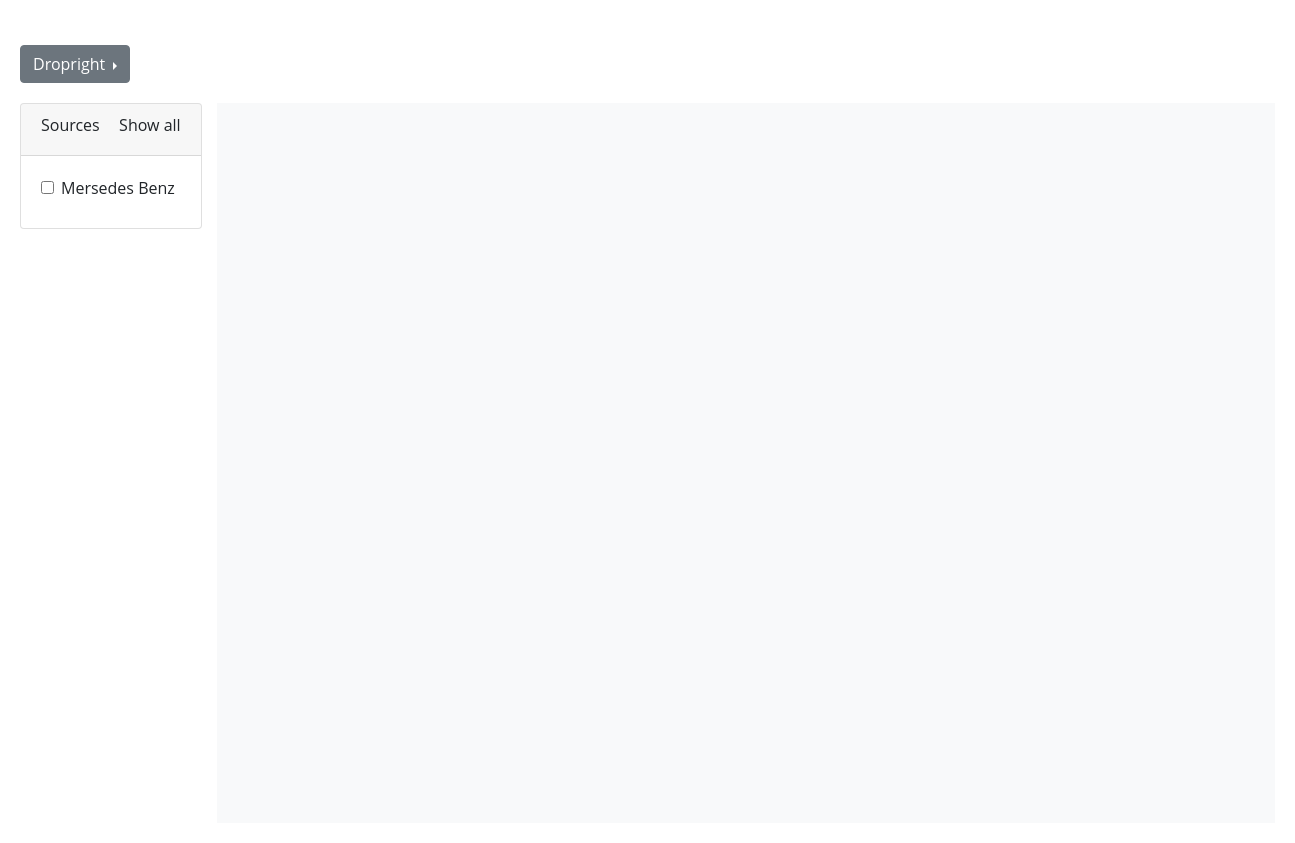
Repository: tts2610/GoogleNews
Page: index.html
An editor plug-in stored every save of this project. The page is shown before and after the next save, followed by the edit.
The browser window is 1280 px wide. The page is 1295 px wide, so the pictures cover 1295 px, including what lies to the right of the window. The pictures show the whole page.
The page's requests for data from a server got no answer. Some web libraries are served in a nearby version.

Above is the page before, as saved 2020-05-21 08:50:38.

### index.html
<!DOCTYPE html>
<html lang="en">

<head>
    <meta charset="UTF-8">
    <meta name="viewport" content="width=device-width, initial-scale=1.0">
    <title>Document</title>
    <link rel="stylesheet" href="https://maxcdn.bootstrapcdn.com/bootstrap/4.4.1/css/bootstrap.min.css">

    <!-- jQuery library -->
    <script src="https://ajax.googleapis.com/ajax/libs/jquery/3.5.1/jquery.min.js"></script>

    <!-- Popper JS -->
    <script src="https://cdnjs.cloudflare.com/ajax/libs/popper.js/1.16.0/umd/popper.min.js"></script>

    <!-- Latest compiled JavaScript -->
    <script src="https://maxcdn.bootstrapcdn.com/bootstrap/4.4.1/js/bootstrap.min.js"></script>
    <link rel="stylesheet" href="css/style.css">

    <link href="https://unpkg.com/aos@2.3.1/dist/aos.css" rel="stylesheet">

    <link rel="stylesheet" href="https://cdnjs.cloudflare.com/ajax/libs/animate.css/4.0.0/animate.min.css" />
    <script src="js/moment.js"></script>
</head>

<body>
    <div class="myContainer">
        <div class="btn-group dropright" style="margin-left: -480px; margin-top: 45px;">
            <button type="button" class="btn btn-secondary dropdown-toggle" data-toggle="dropdown" aria-haspopup="true" aria-expanded="false">
              Dropright
            </button>
            <div class="dropdown-menu">
                <!-- Dropdown menu links -->
            </div>
        </div>
        <div class="row">
            <div class="col-2 sidenav">
                <div class="card">
                    <article class="card-group-item">
                        <header class="card-header">
                            <h6 class="title">Sources<span style="float: right; cursor: pointer;" onclick="showAll(1)">Show all</span></h6>
                        </header>
                        <div class="filter-content">
                            <div class="card-body">
                                <form id="sideNav">
                                    <label class="form-check">
                                        <input class="form-check-input" type="checkbox" value="">
                                        <span class="form-check-label">
                                            Mersedes Benz
                                        </span>
                                    </label>
                                </form>

                            </div>
                            <!-- card-body.// -->
                        </div>
                    </article>
                    <!-- card-group-item.// -->

                    <!-- card-group-item.// -->
                </div>

            </div>
            <div class="col-10 content" id="myContent">

            </div>
        </div>



    </div>

    <script src="js/script.js"></script>
    <script src="https://unpkg.com/aos@2.3.1/dist/aos.js"></script>
    <script>
        AOS.init();
    </script>
</body>

</html>

### css/style.css
body {
    margin: 0;
    font-family: 'Open Sans', sans-serif;
}

.myContainer {
    /* display: flex;
    justify-content: start; */
}

.sidenav {
    min-height: 100vh;
    width: 250px;
    float: left;
    position: relative;
}

#sideNav {
    overflow-y: scroll;
}

.content {
    height: 100vh;
    width: calc(100% - 200px);
    float: right;
    position: relative;
    background-color: #f8f9fa;
    overflow-y: scroll;
}

.blog-entry-left {
    text-align: left;
    padding: 10px;
    width: 70%;
}

.blog-entry {
    padding: 10px;
}

.row {
    padding: 20px;
}

#container-row {
    display: flex;
    justify-content: flex-end;
}

button {
    margin-left: 500px;
}

### js/script.js
let newsList = [];
const apiKey = "2dc86bcdc7184b17b45b74b30858f75a"
let page = 1;
let pageSize = 6;
let sourceList = [];
let sourcePage = 0;
let categoryList = ['business', 'entertainment', 'general', 'health', 'science', 'sports', 'technology']
let q = "corona";

const loadNews = async(page, category) => {
    let sources = [];
    $("input:checkbox:checked").each(function() {
        sources.push($(this).val());
    });
    let url;
    if (category && categoryList.includes(category)) {
        url = `https://newsapi.org/v2/top-headlines?q=${q}&apiKey=${apiKey}&page=${page}&pageSize=${pageSize}&category=${category}`;
        $("#myContent").empty();
    } else {
        if (sources.length == 0) {
            $("#currentNews").remove();
            url = `https://newsapi.org/v2/top-headlines?q=${q}&apiKey=${apiKey}&page=${page}&pageSize=${pageSize}`;
        } else {
            $("#myContent").empty();
            let sourceStr = sources.join(",");
            url = `https://newsapi.org/v2/top-headlines?q=${q}&page=${page}&pageSize=${pageSize}&sources=${sourceStr}&apiKey=${apiKey}`
        }
    }

    let data = await fetch(url);
    let result = await data.json();
    $("#myContent").append(render(result));
    if (sources.length == 0) {
        $('#myContent').append(`<button onclick="loadMoreFunction()" id="loadMoreBtn" type="button" class="btn btn-success my-4">Load more</button>`);

    }
    // $('#myContent').append(`<button onclick="loadNews(${++sourcePage},null)" id="loadMoreBtn" type="button" class="btn btn-success my-4">Load more</button>`);
    $('#myContent').append(`<div id="currentNews" style="text-align:right;">Shown : ${$("#myContent .row").length} news</div>`);
}

function showAll() {
    $("input:checkbox:checked").each(function() {
        $(this).prop("checked", false);
    });
    loadNews(1, null);
}

$(document).ready(function() {
    renderDropDown();
    loadNews(page, null);

});


function loadMoreFunction() {
    page++;
    $("#loadMoreBtn").remove();
    $("#currentNews").remove();
    loadNews(page, null);
}

function reloadFilter() {
    $("#sideNav").empty();
    sourceList.forEach(element => {
        let html = `<label class="form-check">
        <input onchange="loadNews(${page},null)" class="form-check-input" type="checkbox" id="${element.id}" value="${element.id}">
        <span class="form-check-label">
            ${element.category}(${element.count})
        </span>`;
        $("#sideNav").append(html);
    });
}

function renderDropDown() {
    categoryList.forEach(element => {
        let html = `<a class="dropdown-item" href="#" onclick="return loadNews(1,'${element}');">${element}</a>`
        $('.dropdown-menu').append(html);
    });
}

function addToDictionary(x) {
    let flag;
    for (let i = 0; i < sourceList.length; i++) {
        if (sourceList[i].id == x.id) {
            sourceList[i].count++;
            flag = true;
        }
    }
    if (!flag)
        sourceList.push({ id: x.id, category: x.name, count: 1 })
}

function render(result) {
    let innerHtml = result.articles.map(x => {
        addToDictionary(x.source);
        return `<div class="row">
        <div class="news-img"><img class="rounded" src="${x.urlToImage}" width="200" height="200"></div>
        <div class="blog-entry-left">
            <div class="text">
                <h3 class="mb-2"><a href="single.html">${x.title}</a></h3>
                <div class="meta-wrap">
                    <p class="meta">
                        <span><i class="icon-calendar mr-2"></i>${moment(x.publishedAt).fromNow()}</span>
                        <span><a href="single.html"><i class="icon-folder-o mr-2"></i>${x.source.name}</a></span>
                        <span><i class="icon-comment2 mr-2"></i>5 Comment</span>
                    </p>
                </div>
                <p class="mb-4">${x.description}</p>
                <p><a href="#" class="btn-custom">Read More <span class="ion-ios-arrow-forward"></span></a></p>
            </div>
        </div>

    </div>`
    }).join('');
    reloadFilter();
    return innerHtml;
}

Loaded but not shown: js/moment.js (library)

After the next save:
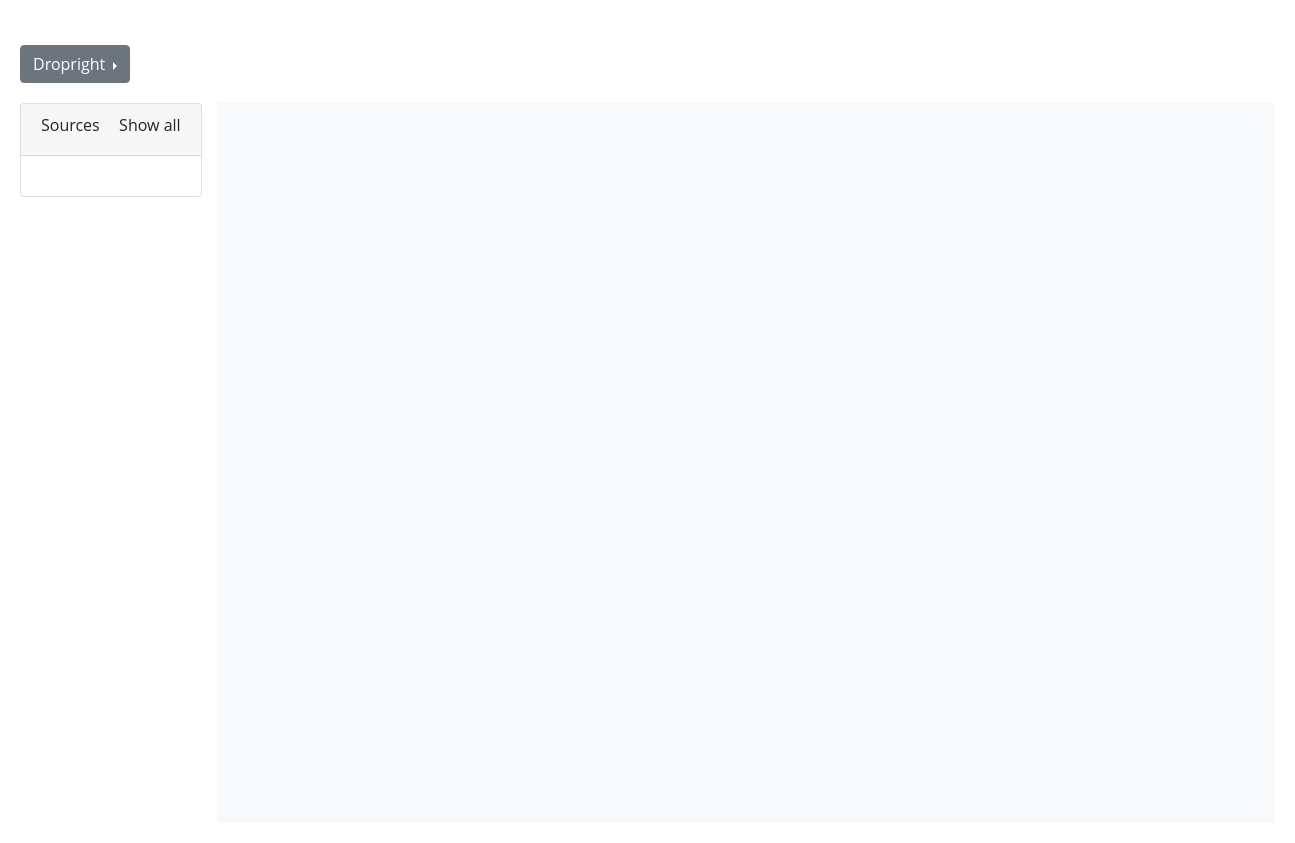
Saved 67 s later.
--- a/js/script.js
+++ b/js/script.js
@@ -47,6 +47,7 @@
 
 $(document).ready(function() {
     renderDropDown();
+    reloadFilter();
     loadNews(page, null);
 
 });
@@ -112,6 +113,5 @@
 
     </div>`
     }).join('');
-    reloadFilter();
     return innerHtml;
 }

After the 2 saves that followed:
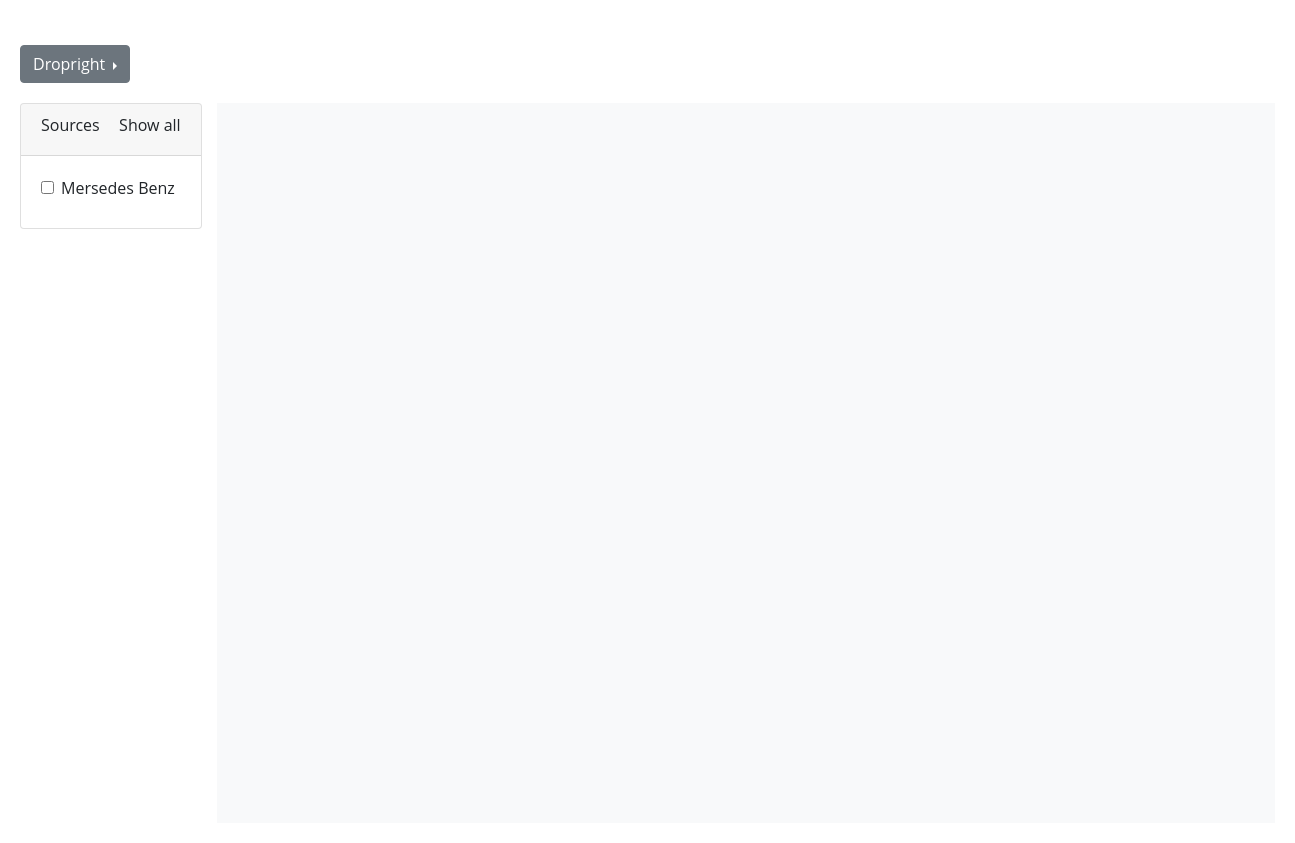
The 2 saves are shown as one change because 1 left the picture as it was.
The last was saved 80 s later.
--- a/js/script.js
+++ b/js/script.js
@@ -47,9 +47,7 @@
 
 $(document).ready(function() {
     renderDropDown();
-    reloadFilter();
     loadNews(page, null);
-
 });
 
 
@@ -113,5 +111,6 @@
 
     </div>`
     }).join('');
+    reloadFilter();
     return innerHtml;
 }
